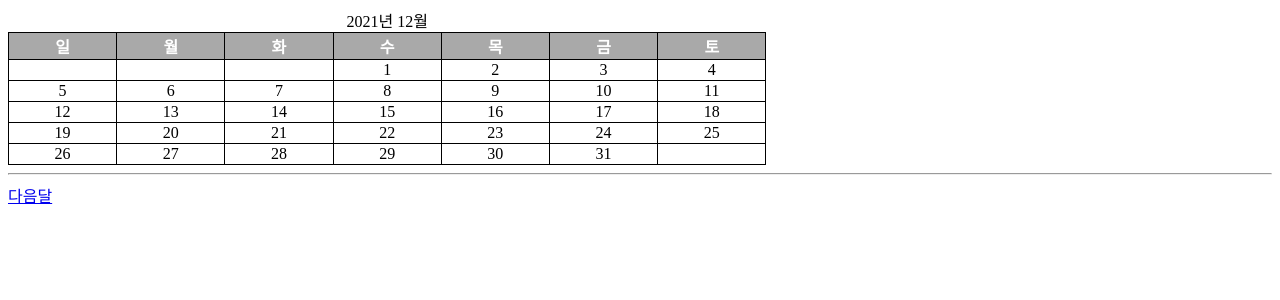
Repository: Jin0207/jsp
Page: http://localhost/day1210/calendarTest.jsp
These files come from the project's save history. The page is drawn as it stood at one moment and after the next save; the edit follows.
The browser window is 1280 px wide. The pictures show the whole page.
The page is served by Tomcat 9. Other server files are loaded and not shown.

Above is the page before, as saved 2021-12-10 06:48:42.

### day1210/src/main/webapp/calendarTest.jsp
<%@page import="java.util.Date"%>
<%@ page language="java" contentType="text/html; charset=EUC-KR"
    pageEncoding="EUC-KR"%>
<!DOCTYPE html>
<html>
<head>
<meta charset="EUC-KR">
<title>Insert title here</title>
<style type="text/css">
	table, td, th{
		border: 1px solid black;
		text-align: center;
	}
	table{
		border-collapse: collapse;
		width: 60%;
	}
	.title{
		background: darkgray;
		color:white;
	}
</style>
</head>
<body>
	<%
		int[] lastDate = {31,28,31,30,31,30,31,31,30,31,30,31};
		String[] days = {"일","월","화","수","목","금","토"};
		Date today = new Date();
		int year = today.getYear();
		int month = today.getMonth();

		if(request.getParameter("month")!=null){
			year = Integer.parseInt(request.getParameter("year"));
			month = Integer.parseInt(request.getParameter("month"));

			if(month == 12){
				year ++;
				month=0;
			}
		}

		Date day = new Date(year,month,1);
		int firstDay = day.getDay();
	%>
	<table>
		<caption> <%=year +1900%>년 <%=month+1 %>월</caption>
		<tr class="title">
			<%
				for(String d: days){
			%>
					<th><%=d %></th>
			<%
				}
			%>
		</tr>
		<tr>
			<%
				for(int i=1; i <= firstDay; i++){
			%>
					<td>&nbsp;</td>
			<%
				}
				for(int i=1; i<= lastDate[month]; i++){
			%>
						<td><%=i %></td>
						<%
						if( (i+firstDay) % 7 ==0){
						%>
								</tr><tr>
						<%
						}
				}
			%>
		</tr>
	</table>
	<hr>
	<a href="calendarTest.jsp?year=<%=year %>&month=<%=month+1%>">다음달</a>
</body>
</html>

After the next save:
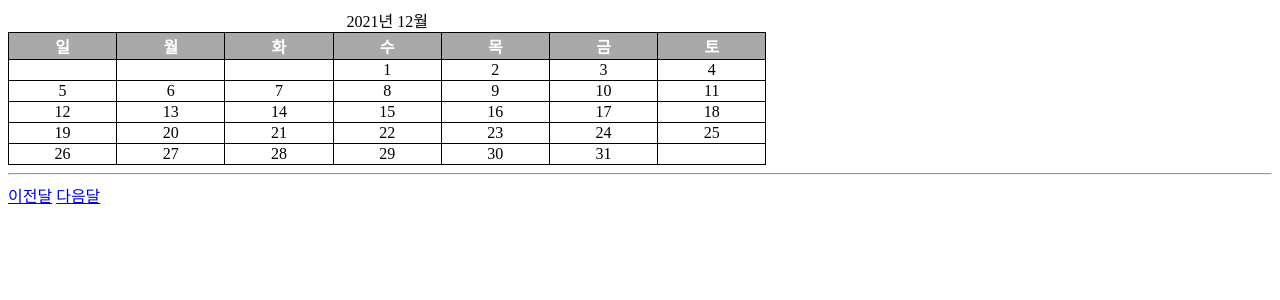
Saved 15 min 26 s later.
--- a/day1210/src/main/webapp/calendarTest.jsp
+++ b/day1210/src/main/webapp/calendarTest.jsp
@@ -74,6 +74,7 @@
 		</tr>
 	</table>
 	<hr>
+	<a href="calendarTest.jsp?year=<%=year %>&month=<%=month+1%>">이전달</a>
 	<a href="calendarTest.jsp?year=<%=year %>&month=<%=month+1%>">다음달</a>
 </body>
 </html>
